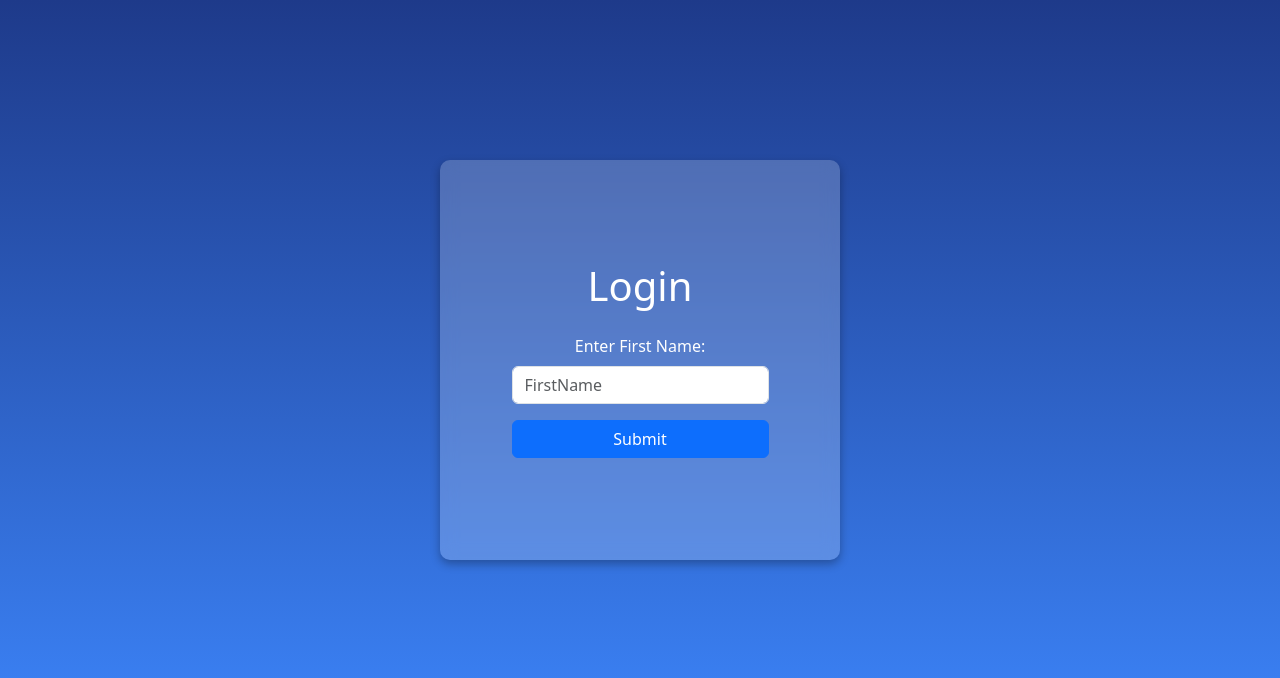
Repository: Prasad-R-Patil/WebBaseJava
Page: CookieDome/src/main/webapp/index.html
The author's editor kept a copy of each file at every save. The page is drawn from the files as they stood at one save, then again after the next save.
The browser window is 1280 px wide. The pictures show the whole page.

Above is the page before, as saved 2025-05-16 11:24:06.

### CookieDome/src/main/webapp/index.html
<!DOCTYPE html>
<html lang="en">
<head>
    <meta charset="UTF-8">
    <meta name="viewport" content="width=device-width, initial-scale=1">
    <title>Login</title>
    <link href="https://cdn.jsdelivr.net/npm/bootstrap@5.3.3/dist/css/bootstrap.min.css" rel="stylesheet">
    <style>
        /* Background with soft gradient */
        body {
            background: linear-gradient(to bottom, #1E3A8A, #3B82F6);
            color: white;
        }

        /* Centered Form with new colors */
        .form-container {
            width: 400px;
            height: 400px;
            display: flex;
            flex-direction: column;
            justify-content: center;
            align-items: center;
            padding: 20px;
            background: rgba(255, 255, 255, 0.2); /* Light transparency */
            border-radius: 10px;
            backdrop-filter: blur(8px);
            box-shadow: 0px 4px 10px rgba(0, 0, 0, 0.3);
        }

        /* Input and button styling */
        input, button {
            border-radius: 5px;
        }
        button:hover {
            background-color: #3B82F6;
        }
    </style>
</head>
<body>
    <div class="d-flex justify-content-center align-items-center vh-100">
        <div class="form-container text-center">
            <h1 class="mb-4">Login</h1>
            <form action="servlet1" method="get">
                <div class="mb-3">
                    <label class="form-label">Enter First Name:</label>
                    <input type="text" name="textUsername" class="form-control" placeholder="FirstName">
                </div>

                <button type="submit" class="btn btn-primary w-100">Submit</button>
            </form>
        </div>
    </div>
</body>
</html>

After the next save:
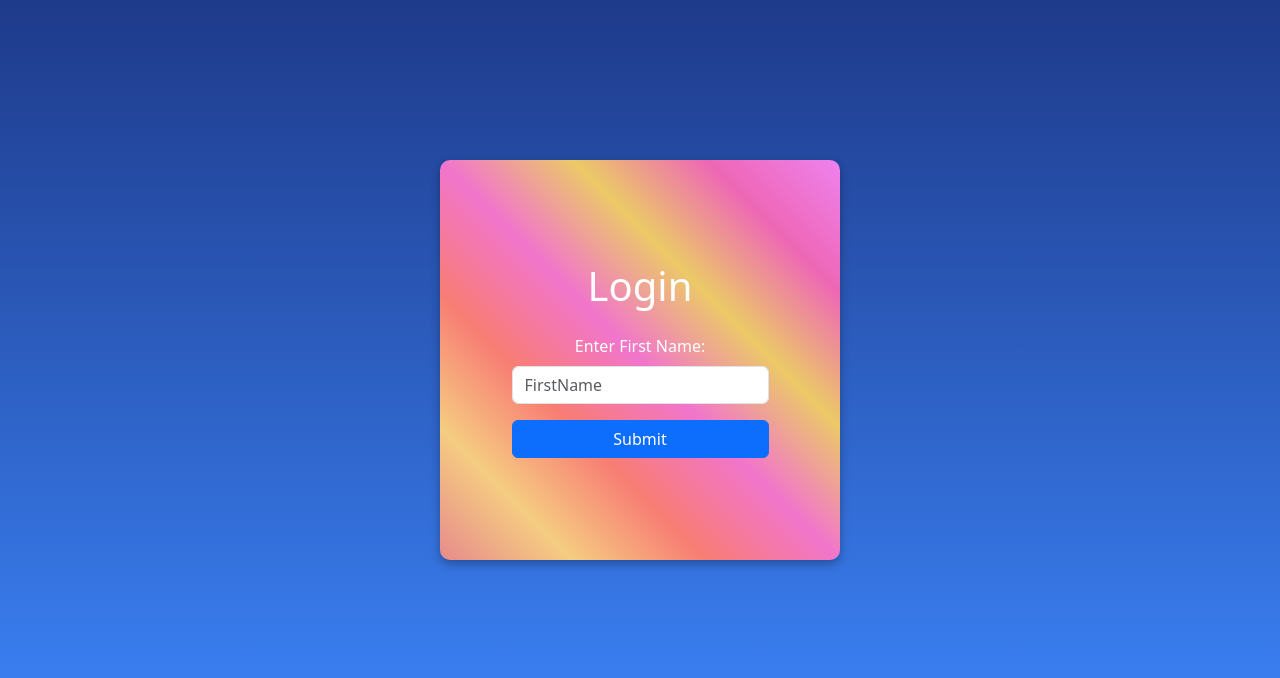
Saved 59 s later.
--- a/CookieDome/src/main/webapp/index.html
+++ b/CookieDome/src/main/webapp/index.html
@@ -21,7 +21,8 @@
             justify-content: center;
             align-items: center;
             padding: 20px;
-            background: rgba(255, 255, 255, 0.2); /* Light transparency */
+           background: linear-gradient(45deg, rgb(231, 139, 139), rgb(245, 204, 129), rgb(248, 125, 116), rgb(241, 117, 204), rgb(236, 201, 103), rgb(238, 103, 182), violet);
+
             border-radius: 10px;
             backdrop-filter: blur(8px);
             box-shadow: 0px 4px 10px rgba(0, 0, 0, 0.3);
